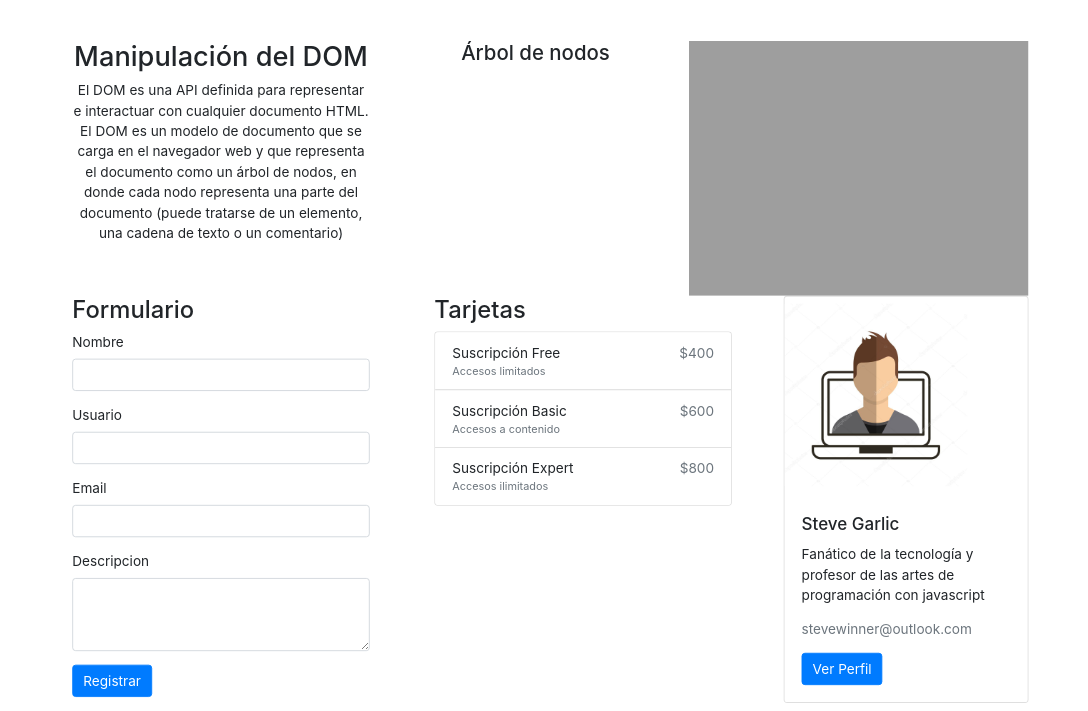
Repository: pedro-donoso/manipulacion-dom
Page: index.html
These files come from the project's save history. The page is drawn as it stood at one moment and after the next save; the edit follows.
The browser window is 1280 px wide. The pictures show the whole page, at 85% of full size.
Pictures or frames that could not be fetched are drawn as grey boxes.

Above is the page before, as saved 2024-02-06 14:09:06.

### index.html
<!doctype html>
<html lang="es">

<head>
    <!-- Required meta tags -->
    <meta charset="utf-8">
    <meta name="viewport" content="width=device-width, initial-scale=1, shrink-to-fit=no">

    <!-- Bootstrap CSS -->
    <link rel="stylesheet" href="https://cdn.jsdelivr.net/npm/bootstrap@4.3.1/dist/css/bootstrap.min.css"
        integrity="sha384-ggOyR0iXCbMQv3Xipma34MD+dH/1fQ784/j6cY/iJTQUOhcWr7x9JvoRxT2MZw1T" crossorigin="anonymous">

    <title>Manipulación del DOM</title>
</head>

<body>

    <main class="container">

        <!-- 1- AGREGO CLASE container PARA MANIPULAR ESTE PÁRRAFO -->
        <div class="row mt-5 text-center justify-content-between" id="contenedor">
            <div class="col-4 col-md-4">
                <h2>Manipulación del DOM</h2>
                <p>
                    El DOM es una API definida para representar e interactuar con cualquier documento HTML. El DOM es un
                    modelo de documento que se carga en el navegador web y que representa el documento como un árbol de
                    nodos, en donde cada nodo representa una parte del documento (puede tratarse de un elemento, una
                    cadena de texto o un comentario)
                </p>
            </div>
        </div>
        <div class="row justify-content-between">
            <div class="col-6 col-md-4">
                <h3>Formulario</h3>
                <!-- 15- AGREGO id PARA ESCUCHAR EVENTO CLICK -->
                <form id="formulario">
                    <!-- 21- AGREGO ID DE CADA CAMPO -->
                    <label>Nombre</label>
                    <input type="text" class="form-control mb-3" id="nombre">
                    <label>Usuario</label>
                    <input type="text" class="form-control mb-3" id="usuario">
                    <label>Email</label>
                    <input type="email" class="form-control mb-3" id="email">
                    <label>Descripcion</label>
                    <textarea rows="3" class="form-control mb-3" id="descripcion"></textarea>
                    <div>
                        <button class="btn btn-primary mb-3">Registrar</button>
                    </div>
                </form>
            </div>
            <div class="col-4 col-md-4">
                <h3>Tarjetas</h3>
                <div class="card">
                    <ul class="list-group list-group-flush">
                        <li class="list-group-item d-flex justify-content-between">
                            <div class="d-flex flex-column">
                                <span>Suscripción Free</span>
                                <small class="text-muted">Accesos limitados</small>
                            </div>
                            <div>
                                <span class="text-muted">$400</span>
                            </div>
                        </li>
                        <li class="list-group-item d-flex justify-content-between">
                            <div class="d-flex flex-column">
                                <span>Suscripción Basic</span>
                                <small class="text-muted">Accesos a contenido</small>
                            </div>
                            <div>
                                <span class="text-muted">$600</span>
                            </div>
                        </li>
                        <li class="list-group-item d-flex justify-content-between">
                            <div class="d-flex flex-column">
                                <span>Suscripción Expert</span>
                                <small class="text-muted">Accesos ilimitados</small>
                            </div>
                            <div>
                                <span class="text-muted">$800</span>
                            </div>
                        </li>
                    </ul>
                </div>
            </div>

            <!-- 8- AGREGO CARD -->
        <!-- 13- AGREGO ID PARA CAPTURAR CONTENEDOR -->
        <div class="row" id="contenedor_tarjeta">

        </div>

        </div>

    </main>

    <!-- Optional JavaScript -->
    <!-- jQuery first, then Popper.js, then Bootstrap JS -->
    <script src="https://code.jquery.com/jquery-3.3.1.slim.min.js"
        integrity="sha384-q8i/X+965DzO0rT7abK41JStQIAqVgRVzpbzo5smXKp4YfRvH+8abtTE1Pi6jizo"
        crossorigin="anonymous"></script>
    <script src="https://cdn.jsdelivr.net/npm/popper.js@1.14.7/dist/umd/popper.min.js"
        integrity="sha384-UO2eT0CpHqdSJQ6hJty5KVphtPhzWj9WO1clHTMGa3JDZwrnQq4sF86dIHNDz0W1"
        crossorigin="anonymous"></script>
    <script src="https://cdn.jsdelivr.net/npm/bootstrap@4.3.1/dist/js/bootstrap.min.js"
        integrity="sha384-JjSmVgyd0p3pXB1rRibZUAYoIIy6OrQ6VrjIEaFf/nJGzIxFDsf4x0xIM+B07jRM"
        crossorigin="anonymous"></script>

    <script src="./app.js"></script>
</body>

</html>

### app.js
// 2- CREO VARIABLE PARA MANIPULAR HTML
let contenedor = document.querySelector("#contenedor");

// 3- CREAR ELEMENTO SUBTITULO Y LE AGREGO PROPIEDADES
let subtitulo = document.createElement("h4");
subtitulo.innerText = "Árbol de nodos";

// 4- OBTENER EL CUERPO DEL DOCUMENTO
let body = document.body;

// 5- AGREGAR EL NUEVO ELEMENTO AL CUERPO DEL DOCUMENTO
body.appendChild(subtitulo);

// 6- AGREGO IMAGEN
let imagen = document.createElement("img");
imagen.src =
  "https://www.freecodecamp.org/news/content/images/2021/09/Document.jpg";
imagen.width = "400";
imagen.height = "300";
imagen.alt = "árbol de nodos";

// 7- AGREGO ELEMENTOS AL CONTENEDOR
contenedor.append(subtitulo, imagen);

// 13- AGREGO CONSTRUCTOR
const autor = {
  nombre: "Steve Garlic",
  usuario: "",
  email: "stevewinner@outlook.com",
  descripcion:
    "Fanático de la tecnología y profesor de las artes de programación con javascript",
  imagen: "./img/icono.jpg"
};

// 19- Agrego const crearTarjeta y agrego todas las funciones del código
const crearTarjeta = () => {
  // 25- CREO DOCUMENTO VACIO
  document.querySelector("#contenedor_tarjeta").innerHTML = "";

  // 9- CREO ESTRUCTURA DEL CODIGO
  let columnaTarjeta = document.createElement("div");
  columnaTarjeta.className = "col";

  // 10- CREO TEMPLATE STRING DEL CONTENIDO DE LA TARJETA AUTOR
  // 14- AGREGO DATOS DEL CONSTRUCTOR (13)
  // 17- CREO EVENTO onclick
  // 19- LLAMAR A eventoClick CON event
  let tarjetaAutor = ` <div class="card" style="width: 18rem;">
        <img class="card-img-top pt-2 w-75" src="${autor.imagen}" alt="Card image cap">
        <div class="card-body">
        <h4 class="card-title">${autor.usuario}</h4>
            <h5 class="card-title">${autor.nombre}</h5>
            <p class="card-text">${autor.descripcion}</p>
            <p class="text-muted">${autor.email}</p>
            <button class="btn btn-primary" onclick="eventoClick(event)">Ver Perfil</button>
        </div>
    </div>`;

  // 11- AGREGO TEMPLATE STRING A columnaTarjeta (HIJO)
  columnaTarjeta.innerHTML = tarjetaAutor;

  // 12- AGREGO columnaTarjeta AL CONTENEDOR (PADRE) MEDIANTE LA SELECCIÓN DEL ID #contenedor_tarjeta
  document.querySelector("#contenedor_tarjeta").append(columnaTarjeta);
};

// 16- Creo constante modificarAutor para agregarla al form en index.html, la función recibirá un evento
  const modificarAutor= (event) => {
    console.log(event);
    event.preventDefault();

    // 22- CAPTURO CAMPOS DEL FORMULARIO
    let nombre = document.querySelector("#nombre").value;
    let usuario = document.querySelector("#usuario").value;
    let email = document.querySelector("#email").value;
     let descripcion = document.querySelector("#descripcion").value;

    // 23- LLAMO A LA CONSTANTE AUTOR
    autor.nombre = nombre;
    autor.usuario = usuario;
    autor.email = email;
    autor.descripcion = descripcion;

    // 24- SE VUELVE A CREAR LA TARJETA CON LOS NUEVOS DATOS
    crearTarjeta();
  };


// 18- CAPTURO EVENTO CLIC DEL BOTON EN EL form MEDIANTE EL ID formulario
document.getElementById("formulario").addEventListener("submit",modificarAutor);

// 20- LLAMO A LA FUNCIÓN
crearTarjeta();

After the next save:
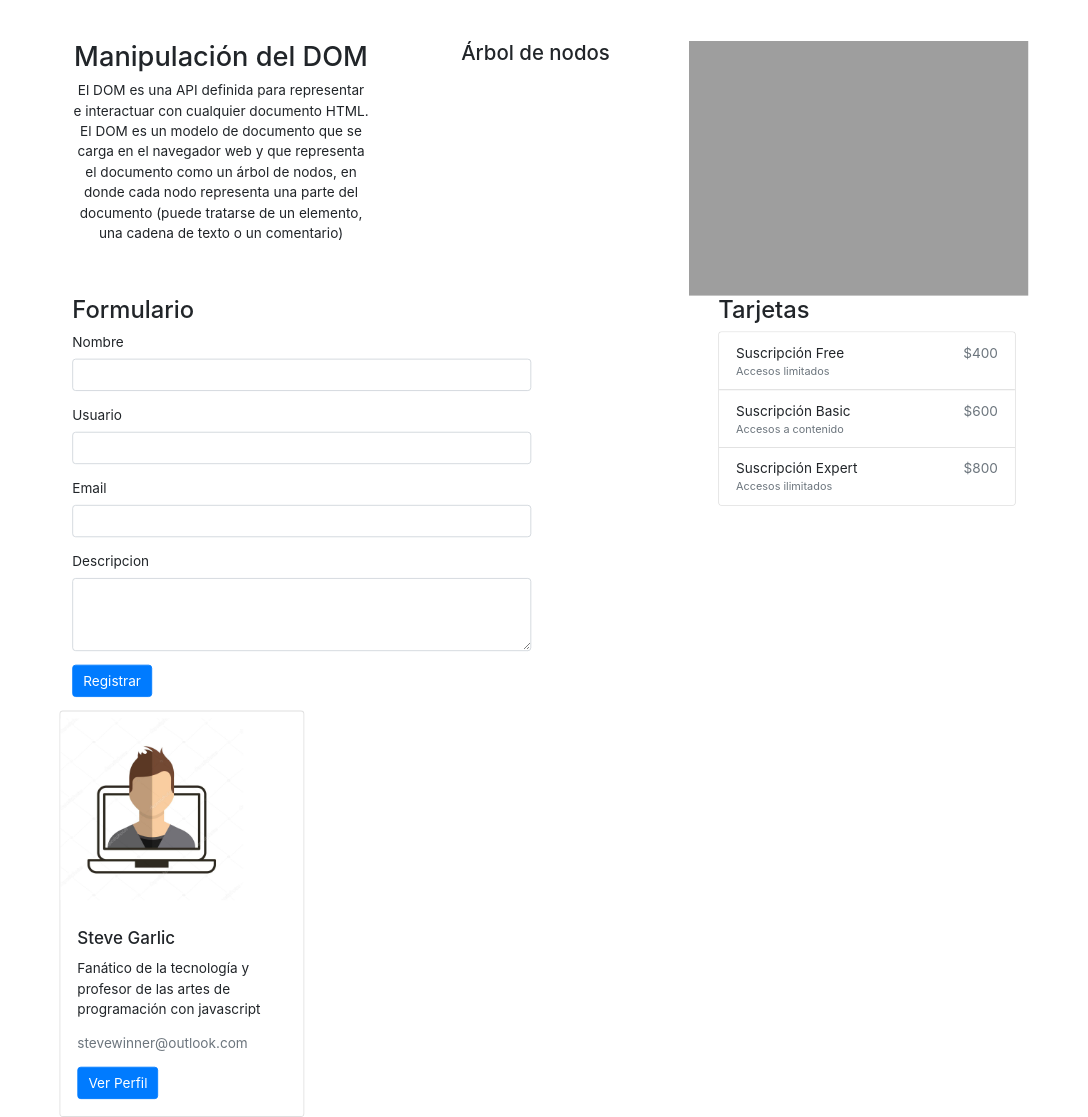
Saved 6 s later.
--- a/index.html
+++ b/index.html
@@ -30,7 +30,7 @@
             </div>
         </div>
         <div class="row justify-content-between">
-            <div class="col-6 col-md-4">
+            <div class="col-6 col-md-6">
                 <h3>Formulario</h3>
                 <!-- 15- AGREGO id PARA ESCUCHAR EVENTO CLICK -->
                 <form id="formulario">

After the 2 saves that followed:
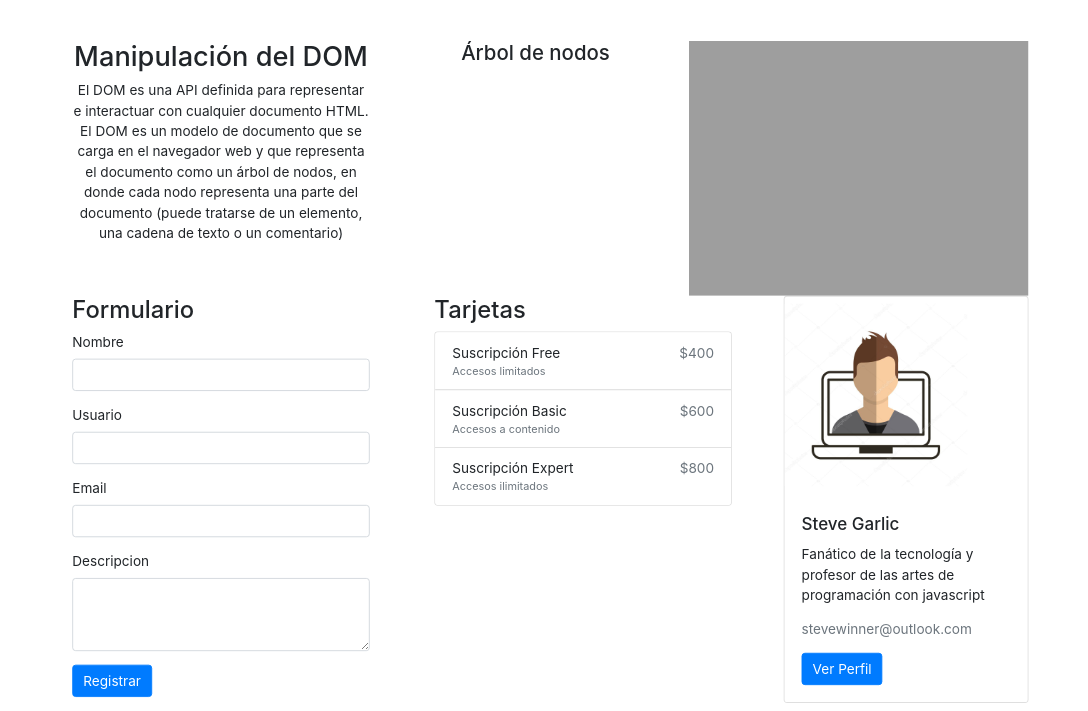
The 2 saves are shown as one change because they came seconds apart.
The last was saved 9 s later.
--- a/index.html
+++ b/index.html
@@ -30,7 +30,7 @@
             </div>
         </div>
         <div class="row justify-content-between">
-            <div class="col-6 col-md-6">
+            <div class="col-6 col-md-4">
                 <h3>Formulario</h3>
                 <!-- 15- AGREGO id PARA ESCUCHAR EVENTO CLICK -->
                 <form id="formulario">
@@ -48,7 +48,7 @@
                     </div>
                 </form>
             </div>
-            <div class="col-4 col-md-4">
+            <div class="col-6 col-md-4">
                 <h3>Tarjetas</h3>
                 <div class="card">
                     <ul class="list-group list-group-flush">
